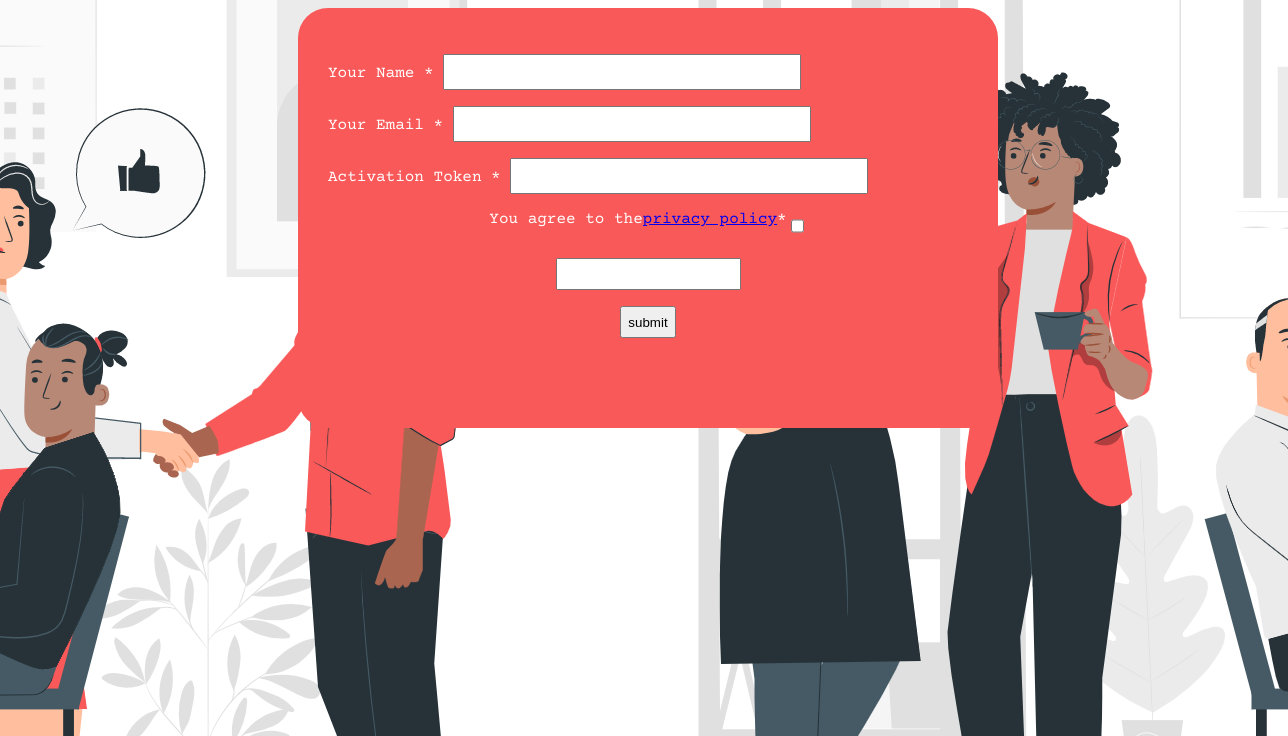
Repository: Rachael4life/Assignment-1
Page: starter-code/src/index.html
An editor plug-in stored every save of this project. The page is shown before and after the next save, followed by the edit.
The browser window is 1280 px wide. The page is 1288 px wide, so the pictures cover 1288 px, including what lies to the right of the window. The pictures show the whole page.

Above is the page before, as saved 2022-02-25 15:41:53.

### starter-code/src/index.html
<!DOCTYPE html>
<html lang="en">
<head>
    <meta charset="UTF-8">
    <meta http-equiv="X-UA-Compatible" content="IE=edge">
    <meta name="viewport" content="width=device-width, initial-scale=1.0">
    <link rel="stylesheet" href="style.css">
    <link rel="preconnect" href="https://fonts.googleapis.com">
<link rel="preconnect" href="https://fonts.gstatic.com" crossorigin>
    <link href="https://fonts.googleapis.com/css2?family=Courier+Prime&display=swap" rel="stylesheet">
    <title>Assignment 1</title>
</head>
<body>
    <div id="ramyeon">

        <form class="kimchi">
            <div> <p></p>
                <label for="name">Your Name <span class="asteric">*</span></label>
                <input class="formgroup" type="text" name="name" id="name" placeholder="">
            </div>
            <div> <p></p>
                <label for="email">Your Email <span class="asteric">*</span> </label>
                <input class="formgroup" type="text" name="email" id="email" placeholder="">
            </div>
            <div> <p></p>
                <label for="password">Activation Token <span class="asteric">*</span> </label>
                <input class="formgroup" type="password" name="activation token" id="name" placeholder="">
            </div>
           <p></p>
            <div id="water"><p></p>
                You agree to the <a href="privacy policy"> privacy policy</a> * <input type="checkbox">
            </div>
            <p></p>
            <div id="beef"><p></p>
                <input type="text">
            </div>
            <p></p>
            <div id="gogi"><p></p>
                <button type="button">submit</button>
            </div>
        </form>
    </div>
</body>
</html>

### starter-code/src/style.css
body {
    color: white;
    font-family: 'Courier Prime', monospace;
    width: 100vw;
    height: 100vh;
    background-image: url("img.png");
    background-position: 200%;
}
form {
    background-color: #fa5959;
    font-size: 16px;
    width: 50%;
    height: 50%;
    padding: 30px;
    border-radius: 30px;
}
#ramyeon {
    display: flex;
    justify-content: center;
    align-content: space-between;
    width: 100%;
    height: 100%;
}
#beef {
    align-content: center;
    justify-content: center;
    display: flex;
}
#gogi {
    display: flex;
    justify-content: center;
    align-content:center;
}
#water {
    align-content: center;
    justify-content: center;
    display:flex;
}
.formgroup {
    width: 350px;
    height: 30px;
}

After the next save:
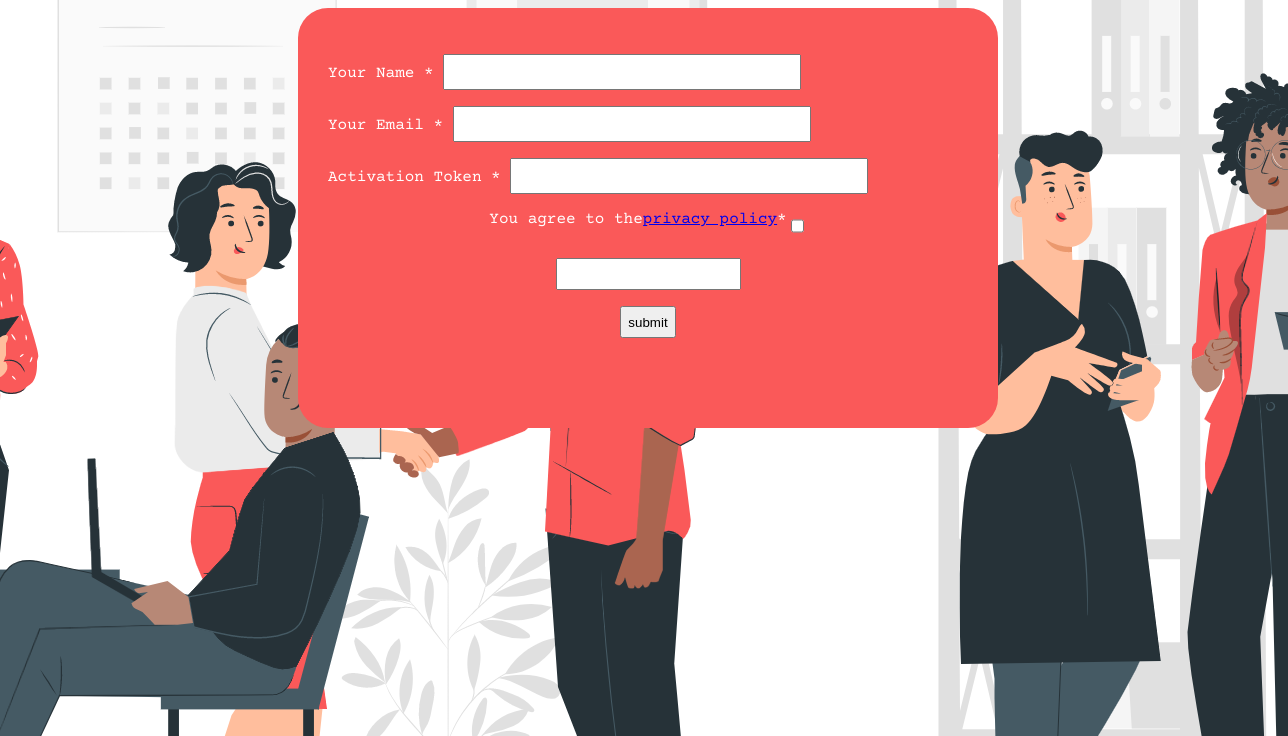
Saved 9 s later.
--- a/starter-code/src/style.css
+++ b/starter-code/src/style.css
@@ -4,7 +4,7 @@ body {
     width: 100vw;
     height: 100vh;
     background-image: url("img.png");
-    background-position: 200%;
+    background-position: 1000%;
 }
 form {
     background-color: #fa5959;
